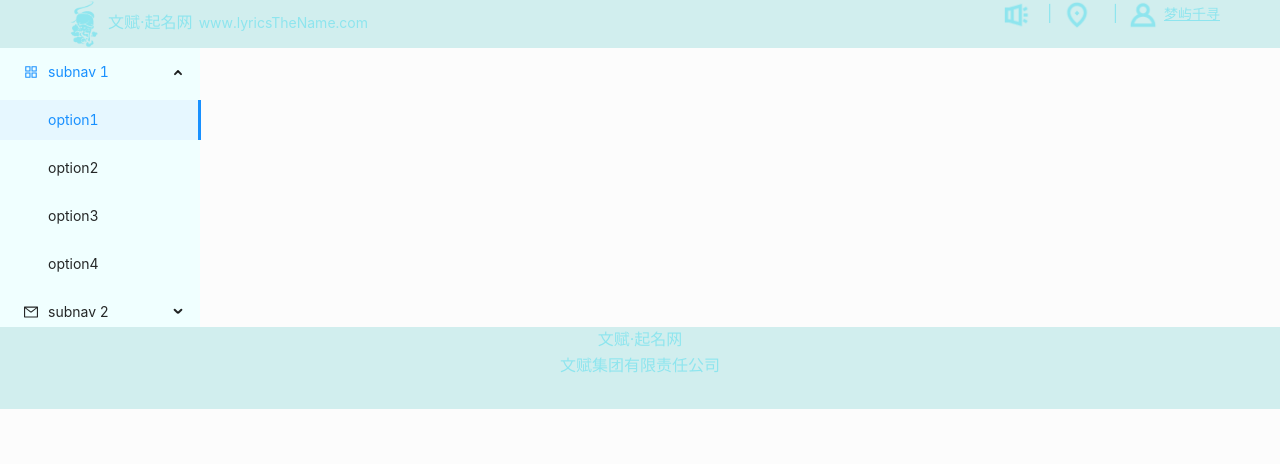
Repository: fangxueliang/react-redux-
Page: /
An editor plug-in stored every save of this project. The page is shown before and after the next save, followed by the edit.
The browser window is 1280 px wide. The pictures show the whole page.
The project was rebuilt for these pictures with package versions that can differ from the ones it lists, and the page was loaded fresh each time.

Above is the page before, as saved 2020-12-30 12:46:33.

After the next save:
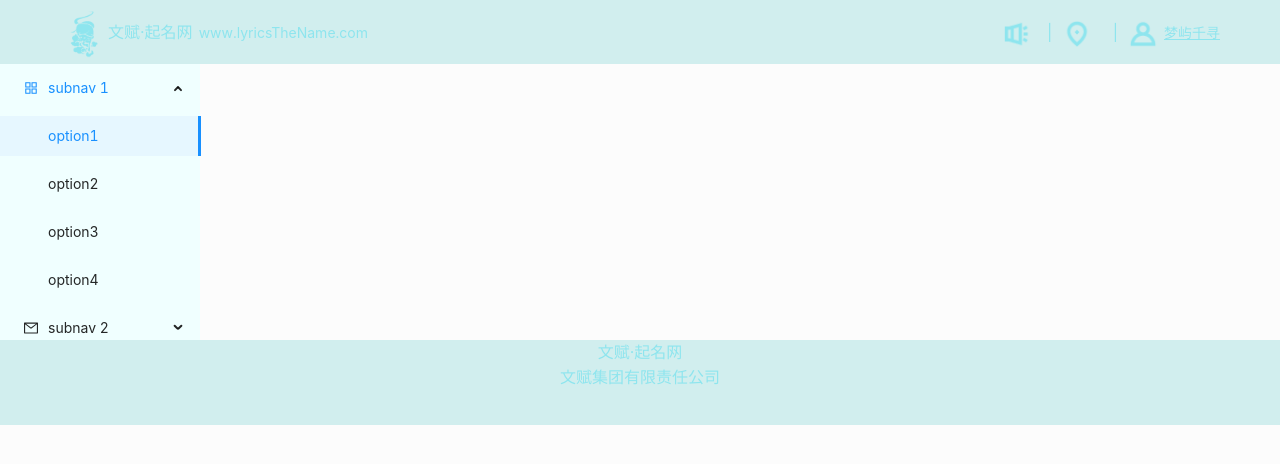
Saved 13 s later.
--- a/src/Common/CSS/layout.css
+++ b/src/Common/CSS/layout.css
@@ -5,8 +5,8 @@
 }
 
 .Home_layout .Home_header {
-    height: 10%;
-    line-height: 10%;
+    height: 64px;
+    line-height: 64px;
     padding: 0 60px;
     background: #D1EEEE;
 }
